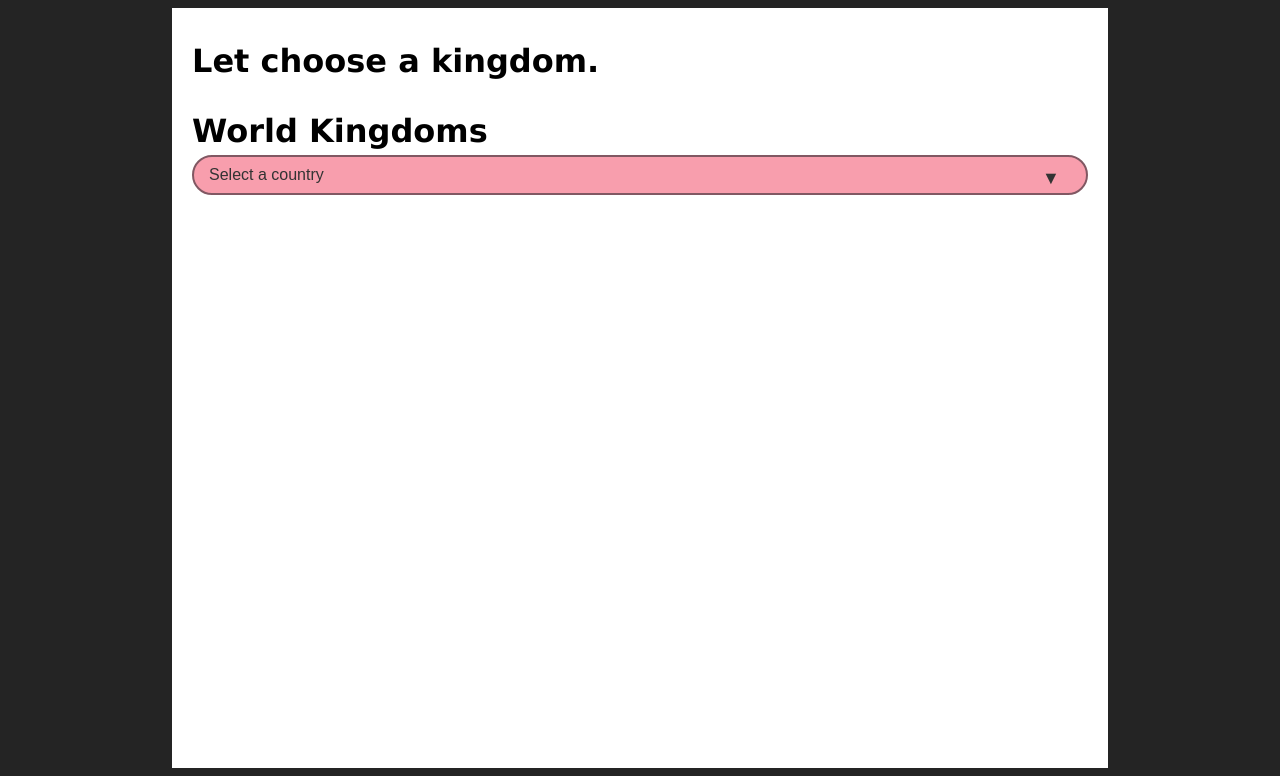
Repository: MonicaNguyenH/Lab-7_Frontend
Page: /countries
These files come from the project's save history. The page is drawn as it stood at one moment and after the next save; the edit follows.
The browser window is 1280 px wide. The pictures show the whole page.
The page's requests for data from a server got no answer. The project was rebuilt for these pictures with package versions that can differ from the ones it lists, and the page was loaded fresh each time. No one was signed in, and anything a server would have sent is missing. Also part of the build but not shown: vite.config.js, src/Details.jsx.

Above is the page before, as saved 2024-11-24 22:11:13.

### src/main.jsx
import React from 'react';
import ReactDOM from 'react-dom/client';
import App from './App';
import './index.css'; // Import your global CSS styles

ReactDOM.createRoot(document.getElementById('root')).render(
  <React.StrictMode>
    <App />
  </React.StrictMode>
);

### src/App.jsx
import { BrowserRouter as Router, Routes, Route } from 'react-router-dom';
import Countries from './Contries';
import Details from './Details';

export default function App() {
  return (
    <div className="container">
      <Router>
      <Routes>
        <Route
          path="/"
          element={
            <div className="contentBox">
              <h1>Welcome!</h1>
              <Countries />
            </div>
          }
        />
        <Route
          path="/countries"
          element={
            <div className="contentBox">
              <h1>Let choose a kingdom.</h1>
              <Countries />
            </div>
          }
        />
        <Route
          path="countries/:cca2"
          element={
            <div className="contentBox">
              <h1>Let choose a kingdom.</h1>
              <Details />
            </div>
          }
        />
      </Routes>
    </Router>
  </div>
  );
}

### src/index.css
:root {
  font-family: Helvetica, Arial, sans-serif;
  line-height: 1.5;
  font-weight: 400;

  color-scheme: light dark;
  color: rgba(255, 255, 255, 0.87);
  background-color: #242424;

  font-synthesis: none;
  text-rendering: optimizeLegibility;
  -webkit-font-smoothing: antialiased;
  -moz-osx-font-smoothing: grayscale;
}

h1 {
  margin-bottom: 0;
  padding-bottom: 0;
}

.contentBox {
  display: flex;
  flex-direction: column;
  align-content: flex-start;
  align-items: flex-start;
  justify-content: center;
  position: absolute;
  top: 1rem;
  margin: 0 auto;
}

.container {
  width: 70vw;
  min-height: 100vh;
  margin: auto;
  background-color: white;
  display: flex;
  justify-content: center;
  flex-direction: column;
  align-content: flex-start;
  align-items: flex-start;
  align-self: start;
  padding: 20px;
}

.box,
.info {
  display: flex;
  justify-content: center;
  flex-direction: column;
  position: relative; /* To position the custom arrow inside the select */
  width: 60vw; /* Matches the width of the select */
  margin: auto;
  align-content: flex-start;
  align-items: flex-start;
  align-self: start;
}

select {
  appearance: none; /* Remove default dropdown arrow */
  -webkit-appearance: none; /* Safari support */
  -moz-appearance: none; /* Firefox support */
  background-color: rgb(248, 158, 173); /* Background color */
  border: 2px solid #815863; /* Border color */
  border-radius: 20px; /* Rounded corners */
  padding: 5px; /* Padding inside the dropdown */
  font-size: 16px; /* Font size */
  color: #333; /* Font color */
  width: 70vw; /* Width of the dropdown */
  height: 40px;
  cursor: pointer; /* Change cursor to pointer */
  margin: auto;
  align-items: center;
  padding-left: 15px;
}

.box::after {
  content: "▼"; /* Custom dropdown arrow */
  position: absolute;
  right: -13%; /* Position arrow to the right */
  top: 85%; /* Center vertically */
  transform: translateY(-50%); /* Adjust for perfect centering */
  pointer-events: none; /* Make sure the arrow does not block clicks */
  color: #333; /* Arrow color */
  font-size: 18px; /* Adjust arrow size */
}

select:focus {
  outline: none; /* Remove default focus outline */
  border-color: #b03866; /* Focus border color */
  box-shadow: 0 0 5px rgba(0, 123, 255, 0.5); /* Optional focus shadow */
}

option {
  font-size: 16px;
}

p,
h1,
h2,
h3 {
  color: black;
  font-family: 'Lucida Sans', 'Lucida Sans Regular', 'Lucida Grande', 'Lucida Sans Unicode', Geneva, Verdana, sans-serif;
}

### src/Contries.jsx
import { useState, useEffect } from "react";
import { useNavigate, Outlet } from "react-router-dom";

export default function Countries() {
  const [countries, setCountries] = useState([]);
  const [selectedCountry, setSelectedCountry] = useState("");
  const navigate = useNavigate();

  useEffect(() => {
    fetch("https://restcountries.com/v3.1/name/kingdom")
      .then((response) => {
        if (!response.ok) {
          throw new Error("Network response was not ok");
        }
        return response.json();
      })
      .then((data) => setCountries(data))
      .catch((error) => console.error("Error fetching countries:", error));
  }, []);

  const handleCountrySelect = (e) => {
    const value = e.target.value;

    // Handle navigation based on selection
    if (value === "") {
      navigate("/countries"); // Navigate to /countries page
    } else {
      const selected = countries.find((country) => country.cca2 === value);
      if (selected) {
        setSelectedCountry(selected);
        navigate(`/countries/${selected.cca2}`, { state: { data: selected } });
      }
    }
  };

  return (
    <div className="box">
      <h1 className="title">World Kingdoms</h1>
      <select onChange={handleCountrySelect} value={selectedCountry?.cca2 || ""}>
        {/* Default option to navigate to /countries */}
        <option value="">Select a country</option>
        {/* Dynamically populate dropdown with country data */}
        {countries.map((country) => (
          <option key={country.cca2} value={country.cca2}>
            {country.name.common}
          </option>
        ))}
      </select>
      <Outlet />
    </div>
  );
}

Loaded but not shown: index.html (common file)

After the next save:
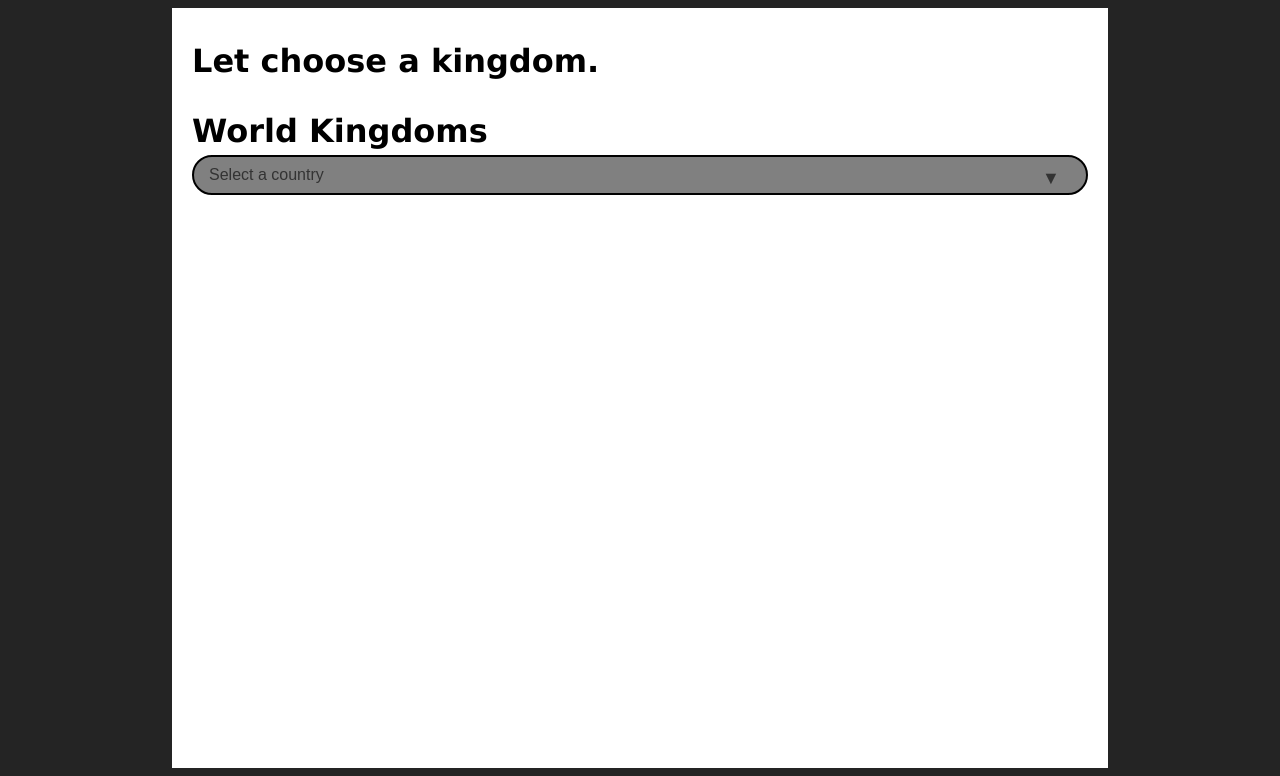
Saved 42 s later.
--- a/src/index.css
+++ b/src/index.css
@@ -60,8 +60,8 @@ select {
   appearance: none; /* Remove default dropdown arrow */
   -webkit-appearance: none; /* Safari support */
   -moz-appearance: none; /* Firefox support */
-  background-color: rgb(248, 158, 173); /* Background color */
-  border: 2px solid #815863; /* Border color */
+  background-color: grey; /* Background color */
+  border: 2px solid black; /* Border color */
   border-radius: 20px; /* Rounded corners */
   padding: 5px; /* Padding inside the dropdown */
   font-size: 16px; /* Font size */
